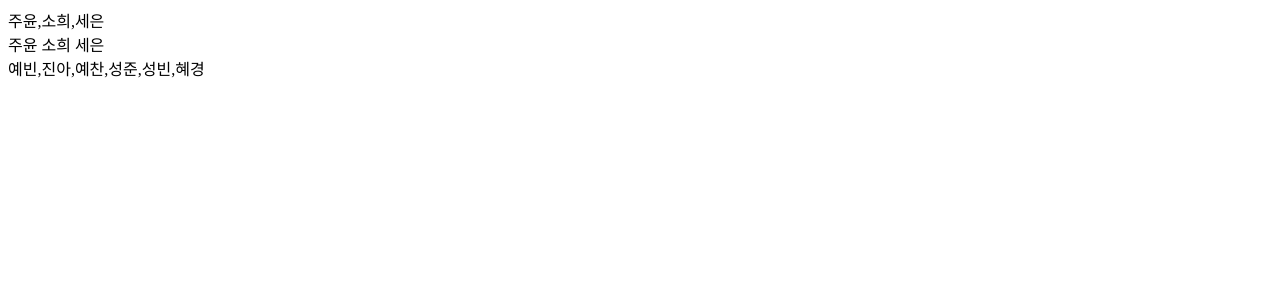
Repository: ssohee98/Web-Study
Page: JS/WebContent/inner/i_exam01.html
An editor plug-in stored every save of this project. The page is shown before and after the next save, followed by the edit.
The browser window is 1280 px wide. The pictures show the whole page.

Above is the page before, as saved 2023-02-22 00:47:47.
Console error: ReferenceError: arr is not defined

After the next save:
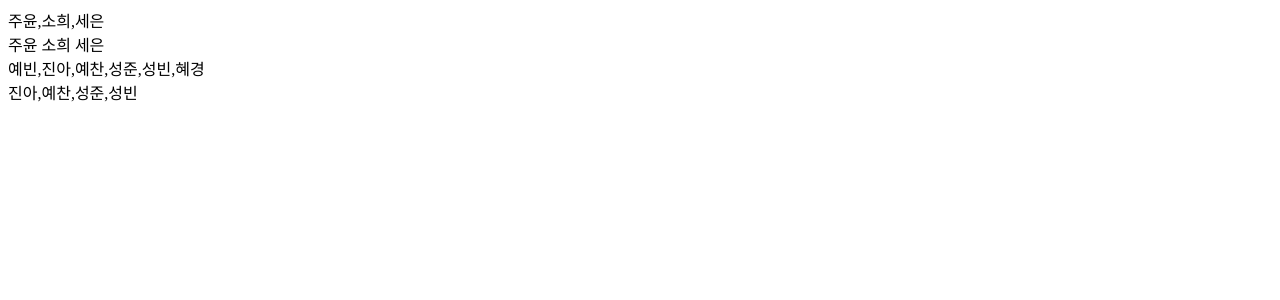
The error is gone.
Saved 10 s later.
--- a/JS/WebContent/inner/i_exam01.html
+++ b/JS/WebContent/inner/i_exam01.html
@@ -29,7 +29,7 @@
 	document.write(arr4.toString()+"<br>");	//예빈,진아,예찬,성준,성빈,혜경
 
 	//배열 일부 추출 slice(시작인덱스(0부터 시작), 마지막인덱스(지정 전까지))
-	let arr5 = arr.slice(1, 5);	//진아,예찬,성준,성빈,혜경
+	let arr5 = arr4.slice(1, 5);	//진아,예찬,성준,성빈,혜경
 	document.write(arr5.toString()+"<br>");	//예빈,진아,예찬,성준,성빈,혜경
 
 
